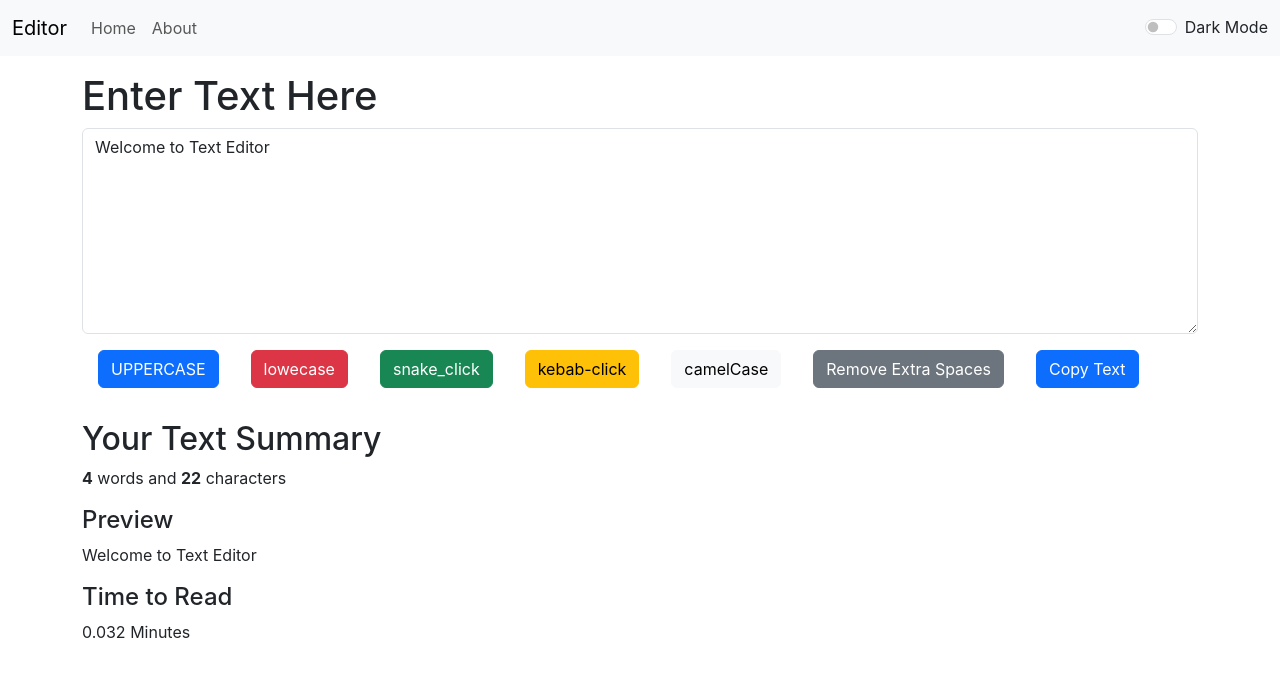
Repository: Shubham-tawar/Text-editor
Page: /
An editor plug-in stored every save of this project. The page is shown before and after a run of saves, followed by the edit.
The browser window is 1280 px wide. The pictures show the whole page.
The project was rebuilt for these pictures with package versions that can differ from the ones it lists, and the page was loaded fresh each time. Also part of the build but not shown: src/App.css, src/components/About.js.

Above is the page before, as saved 2025-07-12 11:26:26.

After the next 3 saves:
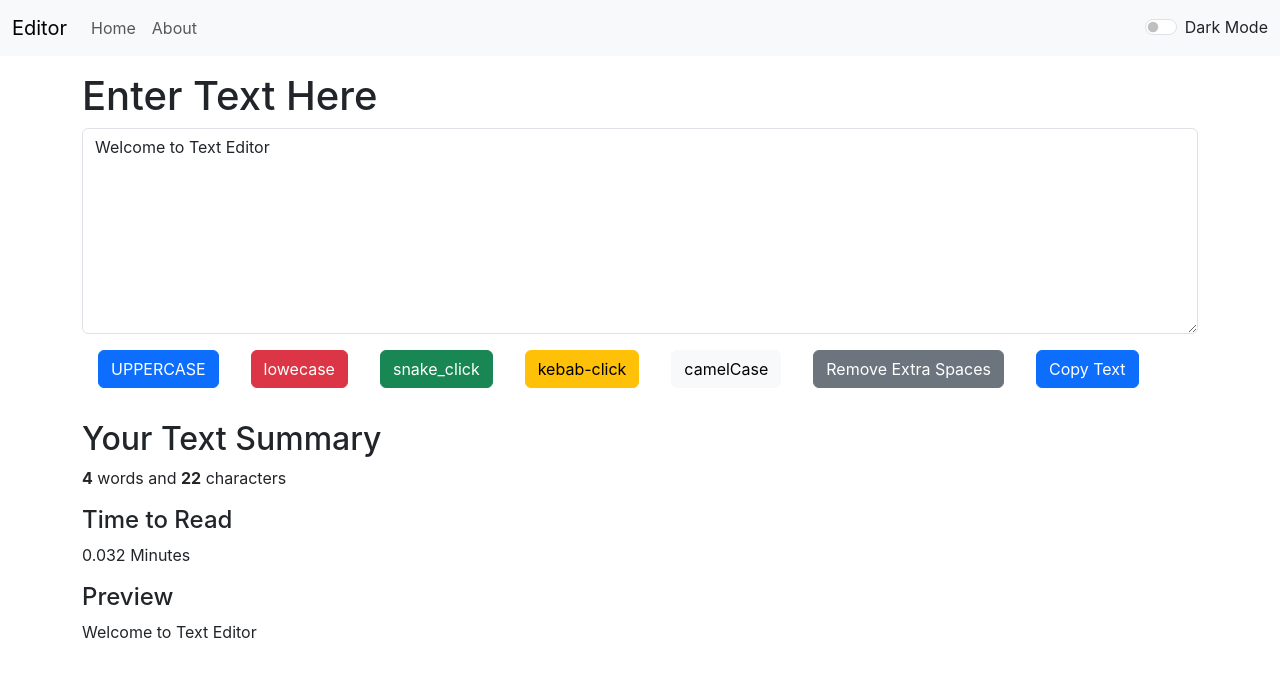
The 3 saves are shown as one change because they came seconds apart.
The last was saved 42 s later.
--- a/src/components/Textform.js
+++ b/src/components/Textform.js
@@ -89,10 +89,11 @@ export default function Textform(props) {
         <div className="container">
             <h2>Your Text Summary</h2>
             <p><b>{wordlen()}</b> words and <b>{text.length}</b> characters</p>
+            <h4>Time to Read</h4>
+            <p>{0.008* wordlen()} Minutes</p>
             <h4>Preview</h4>
             <p>{text.length > 0 ? text : "Enter something in the text area to preview it here"}</p>
-            <h4>Time to Read</h4>
-            <p>{0.008* wordlen()} Minutes</p>
+
         </div>
 
         </>
